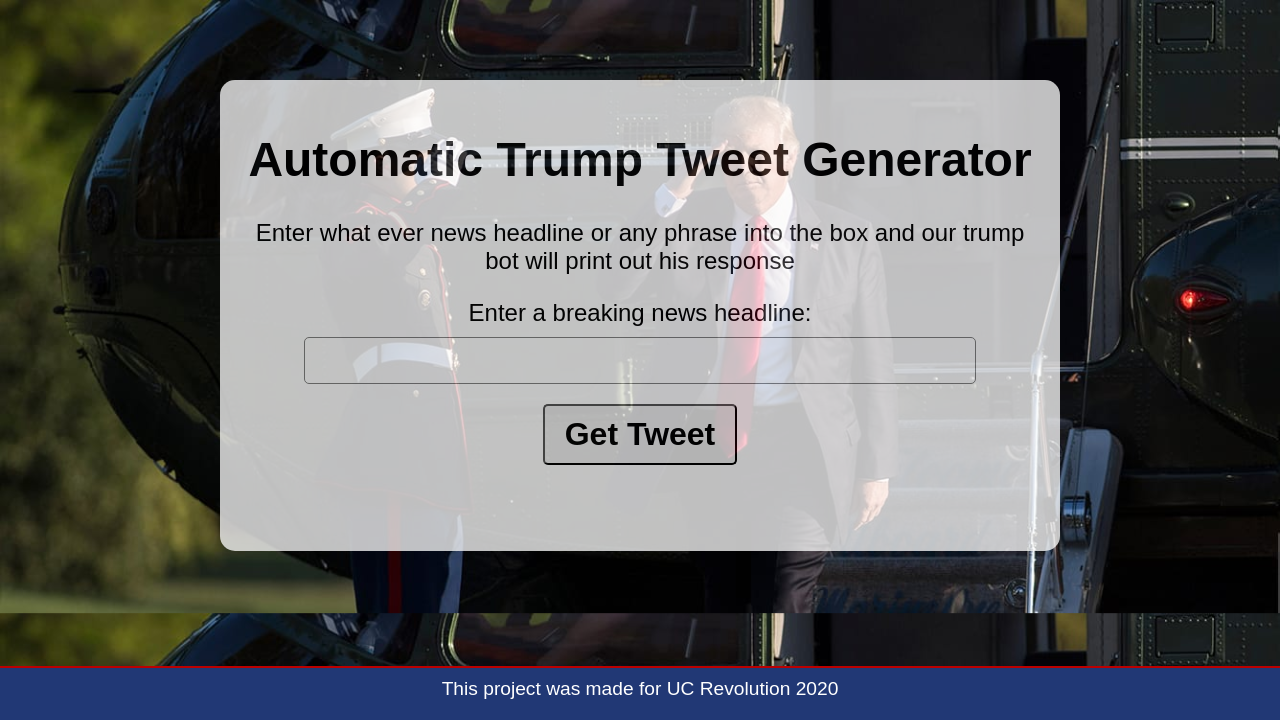
Repository: Yang4292/ai-donald
Page: http://localhost/
The author's editor kept a record of every edit. The page is drawn from the files as they stood at one moment, then again after the next edit.
The browser window is 1280 px wide. The pictures show the whole page.
The page is served by the project's application, run on Flask 3 (FlaskServer.py).

Above is the page before.

### templates/home.html
<!DOCTYPE html>
<html lang="en">
  <head>
    <meta charset="utf-8">
    <title>TrumpBot</title>
      <link rel="stylesheet" type="text/css" href="/static/theme.css">
  </head>
  <body background="/static/hero_marine_one.jpg">
    <div class="container">
        <h1>Automatic Trump Tweet Generator</h1>
        <p>Enter what ever news headline or any phrase into the box and our trump bot will print out his response</p>
        <label for="headline">Enter a breaking news headline:</label><br>
        <input type="text" id="headline" name="headline"><br>
        <button onclick="get_tweet();">Get Tweet</button><br>
        <label for="response" id="responseLabel"></label><br>
        <output type="text" id="response" name="response"><br>
    </div>
    <div class="bottomBar">This project was made for UC Revolution 2020</div>
    <script type="text/javascript">
      function get_tweet() {
        var req = new XMLHttpRequest();

        req.onreadystatechange = function() {
            if (this.readyState == 4 && this.status == 200) {
                document.getElementById("response").innerHTML = this.responseText;
                document.getElementById("responseLabel").innerHTML = "Trump's Tweet:";
            }
        };

        document.getElementById("responseLabel").innerHTML = "Contacting the White House...";
        req.open('GET', '/get-tweet?headline=' + document.getElementById("headline").value, true);
        req.send();
      }
    </script>
  </body>
</html>

### FlaskServer.py
from flask import Flask, request, render_template
import GenerateTweet

app = Flask(__name__)

@app.route('/', methods=['GET'])
def home():
    return render_template('home.html')

@app.route('/get-tweet', methods=['GET'])
def get_tweet():
    headline = request.args.get('headline')
    return GenerateTweet.get_tweet(headline)

if __name__ == "__main__":
    app.run(host="0.0.0.0", port=80)

### GenerateTweet.py
import tensorflow as tf
from tensorflow import keras
import numpy as np
import language_check
import random

language_tool = language_check.LanguageTool('en-US')
idx2char = np.array(['\n', ' ', '!', '$', '%', "'", '(', ')', '+', ',', '-', '.', '/', '0', '1', '2', '3', '4', '5', '6', '7', '8', '9', ':', ';', '<', '?', 'A', 'B', 'C', 'D', 'E', 'F', 'G', 'H', 'I', 'J', 'K', 'L', 'M', 'N', 'O', 'P', 'Q', 'R', 'S', 'T', 'U', 'V', 'W', 'X', 'Y', 'Z', '[', ']', 'a', 'b', 'c', 'd', 'e', 'f', 'g', 'h', 'i', 'j', 'k', 'l', 'm', 'n', 'o', 'p', 'q', 'r', 's', 't', 'u', 'v', 'w', 'x', 'y', 'z', '–', '‘', '’', '“', '”', '…', '′'])
char2idx = {'\n': 0, ' ': 1, '!': 2, '$': 3, '%': 4, "'": 5, '(': 6, ')': 7, '+': 8, ',': 9, '-': 10, '.': 11, '/': 12, '0': 13, '1': 14, '2': 15, '3': 16, '4': 17, '5': 18, '6': 19, '7': 20, '8': 21, '9': 22, ':': 23, ';': 24, '<': 25, '?': 26, 'A': 27, 'B': 28, 'C': 29, 'D': 30, 'E': 31, 'F': 32, 'G': 33, 'H': 34, 'I': 35, 'J': 36, 'K': 37, 'L': 38, 'M': 39, 'N': 40, 'O': 41, 'P': 42, 'Q': 43, 'R': 44, 'S': 45, 'T': 46, 'U': 47, 'V': 48, 'W': 49, 'X': 50, 'Y': 51, 'Z': 52, '[': 53, ']': 54, 'a': 55, 'b': 56, 'c': 57, 'd': 58, 'e': 59, 'f': 60, 'g': 61, 'h': 62, 'i': 63, 'j': 64, 'k': 65, 'l': 66, 'm': 67, 'n': 68, 'o': 69, 'p': 70, 'q': 71, 'r': 72, 's': 73, 't': 74, 'u': 75, 'v': 76, 'w': 77, 'x': 78, 'y': 79, 'z': 80, '–': 81, '‘': 82, '’': 83, '“': 84, '”': 85, '…': 86, '′': 87}
model = tf.keras.models.load_model('model.h5')

def generate_text(model, start_string):
  # Evaluation step (generating text using the learned model)

  # Number of characters to generate
  num_generate = 500

  # Converting our start string to numbers (vectorizing)
  input_eval = [char2idx[s] for s in start_string]
  input_eval = tf.expand_dims(input_eval, 0)

  # Empty string to store our results
  text_generated = []

  # Low temperatures results in more predictable text.
  # Higher temperatures results in more surprising text.
  # Experiment to find the best setting.
  temperature = .5

  # Here batch size == 1
  model.reset_states()
  for i in range(num_generate):
      predictions = model(input_eval)
      # remove the batch dimension
      predictions = tf.squeeze(predictions, 0)

      # using a categorical distribution to predict the character returned by the model
      predictions = predictions / temperature
      predicted_id = tf.random.categorical(predictions, num_samples=1)[-1,0].numpy()

      # We pass the predicted character as the next input to the model
      # along with the previous hidden state
      input_eval = tf.expand_dims([predicted_id], 0)

      text_generated.append(idx2char[predicted_id])

  return (start_string + ''.join(text_generated))

# return empty string if too many errors
def fix_sentence(sentence):
    errors = language_tool.check(sentence)
    return sentence if len(errors) == 0 else ''

def get_tweet(headline):
    string = generate_text(model, start_string=(headline + "."))
    sentences = string.split('.')[:-1]
    tweet = '"' + sentences[0] + '."'
    for sentence in sentences[1:]:
        fixed_sentence = fix_sentence(sentence)
        # if length is zero, sentence was too bad to be fixed
        if len(fixed_sentence) > 0:
            if len(tweet + sentence) < 280:
                tweet = tweet + fixed_sentence + '.'
    tweet = tweet.replace('\n','')
    #tweet = mad_lib(tweet, headline)

    return tweet

# def mad_lib(text, filler):
#     pos_to_replace = ['NNP', 'NNPS', 'NN', 'NNS']
#     #'VB', 'VBD', 'VBG', 'VBN', 'VBP', 'VBZ','JJ', 'JJR', 'JJS',
#     text_pos = nltk.pos_tag(nltk.word_tokenize(text))
#     filler_pos = nltk.pos_tag(nltk.word_tokenize(filler))
#     for text_word in text_pos:
#         if text_word[1] in pos_to_replace and len(text_word[0]) > 3:
#             random.shuffle(filler_pos)
#             for filler_word in filler_pos:
#                 if filler_word[1] == text_word[1] and random.random() > .25:
#                     text = text.replace(text_word[0], filler_word[0].upper())
#                     break

#     return text

### static/theme.css
* {
    padding: 0;
    text-align: center;
    font-family: Arial;
}

body {
    background-size:cover;
    font-size:1.5rem;
}

.container {
    background-color: white;
    margin: 5rem auto 0 auto;
    padding: 20px;
    max-width: 800px;
    opacity: .75;
    border-radius:15px;

}

input {
    padding:15px;
    border-radius:5px;
    width:80%;
    border: 1px grey solid;
}

button {
    padding:10px 20px 10px 20px;
    font-weight:bold;
    font-size:2rem;
    border-radius:5px;
    outline: none;
}

button, input, #responseLabel{
    margin-top: 10px;
    margin-bottom: 10px;
}

.bottomBar {
    position:fixed;
    height:2rem;
    background-color:#213875;
    border-top:2px solid #bc0000;
    bottom:0px;
    right:0px;
    left:0px;
    color:white;
    padding:10px;
    font-size:1.2rem;
}

After the next edit:
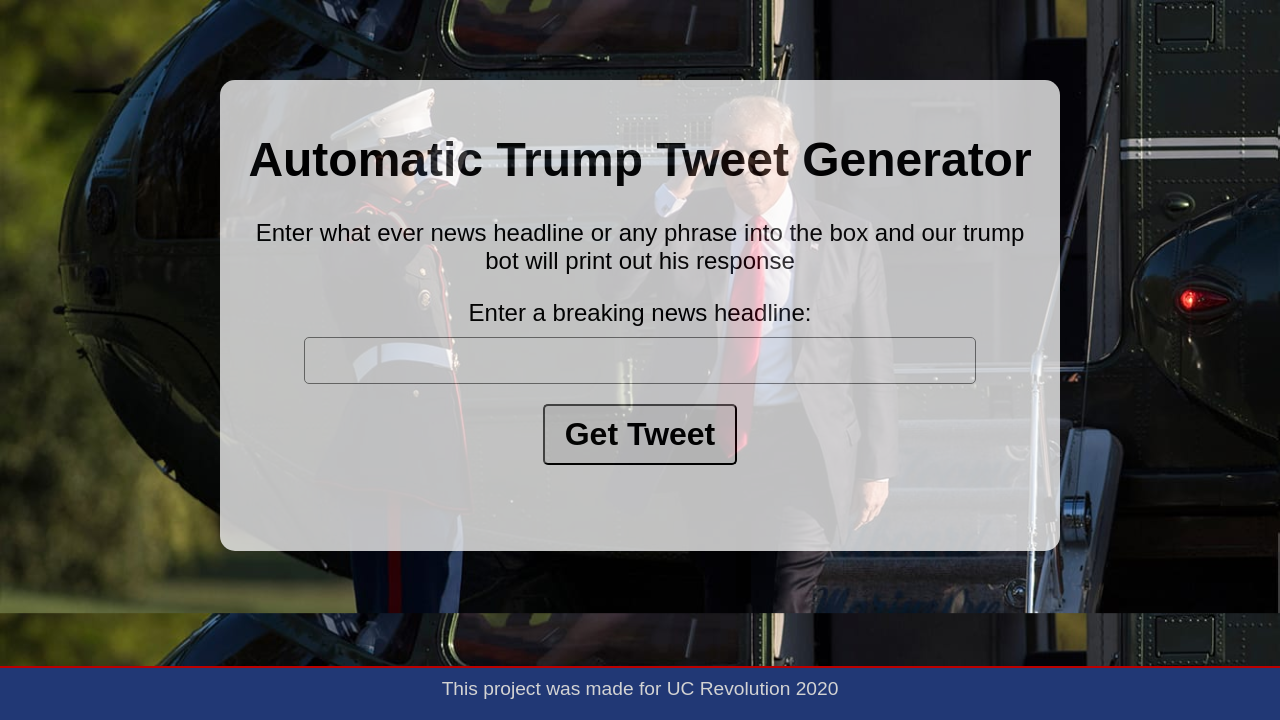
The edit:
--- a/static/theme.css
+++ b/static/theme.css
@@ -47,7 +47,7 @@
     bottom:0px;
     right:0px;
     left:0px;
-    color:white;
+    color:lightgrey;
     padding:10px;
     font-size:1.2rem;
 }
